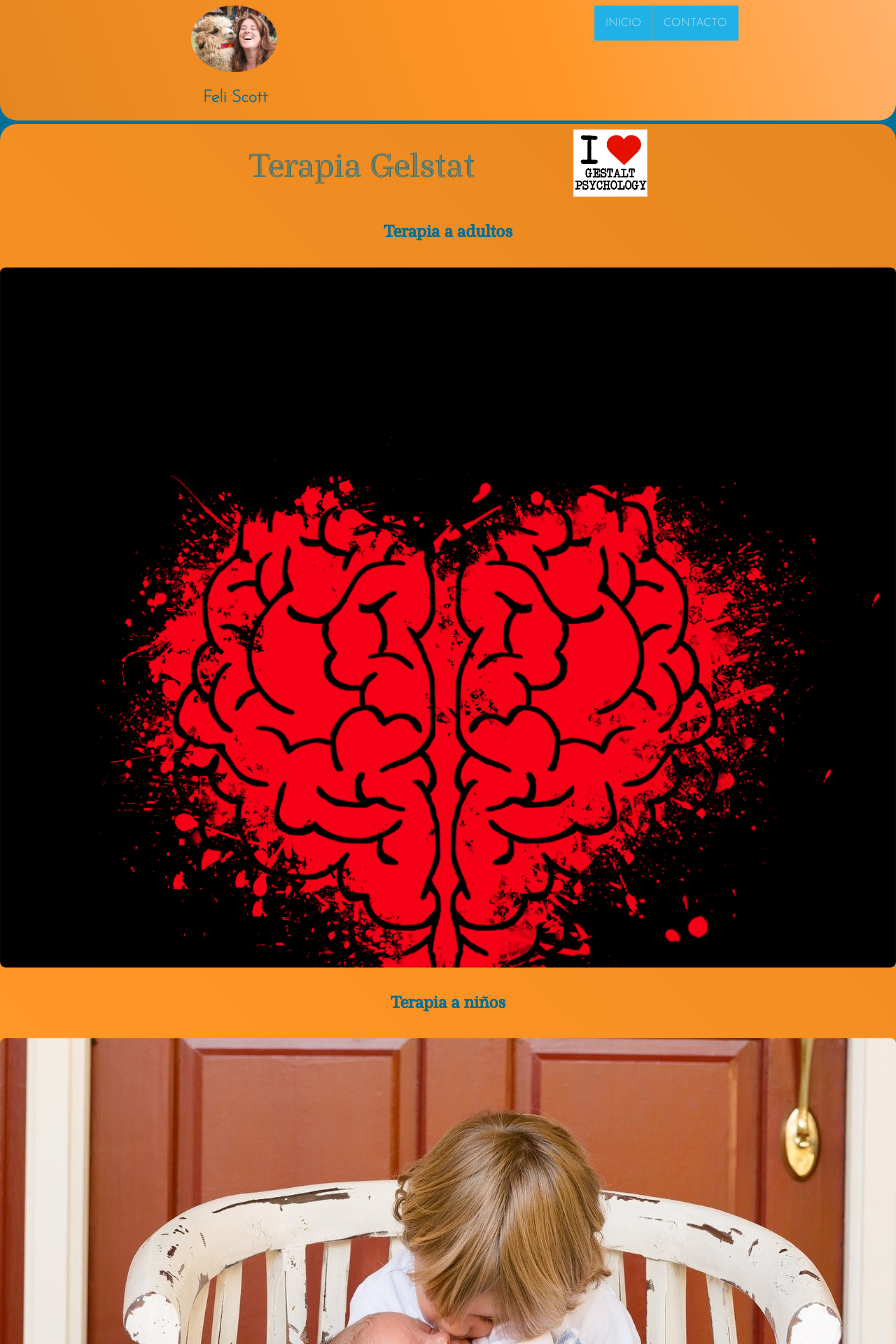
Repository: Jogalso/webPsicologa
Page: /
An editor plug-in stored every save of this project. The page is shown before and after the next save, followed by the edit.
The browser window is 1280 px wide. The pictures show the part of the page from y = 0 to 1920 px (the page is 5404 px tall), at 70% of full size.
Backgrounds fixed to the window are drawn as part of the page. The project was rebuilt for these pictures with package versions that can differ from the ones it lists, and the page was loaded fresh each time. Some packages were replaced by stand-ins written for this rebuild. The framework's server and built-in components were replaced by stand-ins that run in the browser.

Above is the page before, as saved 2021-07-14 13:24:01.

### pages/index.js
import React from 'react'
import Layout from '../components/Layout'

import Header from '../components/Header'
import Terapias from '../components/Terapias'
import FormularioContacto from '../components/FormularioContacto'
import Footer from '../components/Footer'

export default function index() {
    return (
        <div>
            <Layout>
                <Header />
                <Terapias />
                <FormularioContacto />
                <Footer />
            </Layout>
        </div>
    )
}

### components/Layout.jsx
('use strict')
import Link from 'next/link';
import Head from 'next/head';
import React from 'react'

function Layout(props) {
    const {children, title} = props;
    return <div>
    <Head >
    <title>Terapia Gestalt: {title}</title>
        <meta name="viewport" content="width=device-width, initial-scale=1"></meta>
    </Head>
    {children}

    <style jsx global>
    {`
        html{
            background: #007099;
        }
    `
    //colores en naranja #FF9524, #FFA13D, #FA9223, #007FAD, #23C1FA
    }
    </style>
    <style jsx global>
        { `
           @import url('https://fonts.googleapis.com/css2?family=Josefin+Sans:wght@200&display=swap');
           body{
               max-width; 100%;
               width: 100%;
               margin: 0px;
               font-family:  'Josefin Sans', sans-serif;
           }
           @font-face {
               font-family: 'RymanEco';
               src: url('/fonts/RymanEco/RymanEco-Regular.otf');
           }
        `}
    </style>
</div>
}

export default Layout

### components/Header.jsx

import Link from 'next/link';
export default function Header() {

    return (
        <div>
            <div className="Header">
                <div className="InfoTerapetua">
                    <img className="InfoTerapetua__img" src="../imagenes/principal.png" />
                    <h2>Feli Scott</h2>
                </div>
                <div className="botones">
                    <Link href="/">
                        <a>
                            Inicio
                        </a>
                    </Link>
                    <Link href="/contacto">
                        <a>
                            Contacto
                        </a>
                    </Link>
                </div>
            </div>

            <style>
                {`
                    .Header{
                        background: linear-gradient(70deg,#E68620 0, #FF9524 60%, #FFB26B);
                        border-bottom-right-radius: 1.5em;
                        border-bottom-left-radius: 1.5em;
                        margin-bottom: 0.3em;
                        display: flex;
                        justify-content: space-around;
                    }
                    .InfoTerapetua{
                        color: #007099;
                        padding-top: 0.5em;
                        margin-left: 3em;
                        text-align: center;
                    }
                    .InfoTerapetua__img{
                        height: 6em;
                        width: auto;
                    }
                    .botones{
                        margin-top: 0.5em;

                    }
                    .botones a{
                        color: white;
                        border-color: #007099;
                        background-color: #20B1E6;
                        display: inline-block;
                        text-transform: uppercase;
                        padding: 0.8em 1em;
                        text-decoration: none;
                        line-height: 1.5em;
                    }
                `}
            </style>
        </div>
    )
}

### components/Terapias.jsx
import React from 'react'

export default function Terapias() {
    return (
        <div>
            <div className="Terapias">
                <div className="Terapia__titulo">
                    <span className="titulo">Terapia Gelstat</span>
                    <p></p>
                    <img className="Terapias__img" src="../imagenes/ILoveGestalt.png"/>
                </div>
                <div className="Terapia_modalidades">
                    <h2>Terapia a adultos</h2>
                    <div className="TerapiaPersonal"></div>

                    <h2>Terapia a niños</h2>
                    <div className="TerapiaNiños"></div>

                    <h2>Terapia a adolescentes</h2>
                    <div className="TerapiaAdolescentes"></div>

                    <h2>Terapia familiar</h2>
                    <div className="TerapiaFamiliar"></div>
                </div>
            </div>

            <style>
                {`
                    .Terapias{
                        background: linear-gradient(45deg, #FFB26B 0, #FF9524 60%, #E68620);
                        border-top-right-radius: 1.5em;
                        border-top-left-radius: 1.5em;
                        text-align: center;
                        font-family: 'RymanEco';
                        color: #007099;
                    }
                    .titulo{
                        padding-top: 0.5em;
                        margin-top: 0px;
                        font-size: 3em;
                    }
                    .Terapia_modalidades h2{
                        margin-top: 1.5em;
                        margin-bottom: 1.5em;
                    }
                    .Terapias__img{
                        height: 6em;
                        width: auto;
                    }
                    .Terapia_modalidades{
                        width: 100%;
                    }
                    .Terapia__titulo{
                        margin-left: auto;
                        margin-right: auto;
                        padding-top: 0.5em;
                        max-width: 50%;
                        display: flex;
                        justify-content: space-around;
                    }
                    .TerapiaPersonal{
                        min-height: 1000px;
                        background-image: url("../imagenes/heart_1920.png");
                        background-repeat: no-repeat;
                        background-size: cover;
                        background-attachment: fixed;
                        background-position: right center;
                        margin-bottom 2em;
                        border-radius: 0.5em;
                    }
                    .TerapiaNiños{
                        min-height: 1000px;
                        background-image: url("../imagenes/niños_1280.jpg");
                        background-repeat: no-repeat;
                        background-size: cover;
                        background-attachment: fixed;
                        background-position: right center;
                        border-radius: 0.5em;
                    }
                    .TerapiaAdolescentes{
                        min-height: 1000px;
                        background-image: url("../imagenes/jovenes_1280.jpg");
                        background-repeat: no-repeat;
                        background-size: cover;
                        background-attachment: fixed;
                        background-position: right center;
                        border-radius: 0.5em;
                    }
                    .TerapiaFamiliar{
                        min-height: 1000px;
                        background-image: url("../imagenes/familias_1280.jpg");
                        background-repeat: no-repeat;
                        background-size: cover;
                        background-attachment: fixed;
                        background-position: right center;
                        border-radius: 0.5em;
                    }

                `}
            </style>
        </div>
    )
}

### components/Footer.jsx
import Link from 'next/link'

export default function Footer() {
    return (
        <div>
            <div className="Footer">
                <Link href="/terms">
                    <a target="_blank">
                        Terminos
                    </a>
                </Link>
                <Link href="/privacy">
                    <a target="_blank">
                        Politica privacidad
                    </a>
                </Link>
                <Link href="/about">
                    <a target="_blank">
                        About
                    </a>
                </Link>
            </div>

            <style>
                {`
                    .Footer{
                        background: linear-gradient(70deg, #FFB26B 0, #FF9524 60%, #E68620);
                        display: flex;
                        justify-content: space-around;
                        border-top-right-radius: 1.5em;
                        border-top-left-radius: 1.5em;
                        padding-top: 0.5em;
                        margin-top: 0.3em;
                    }
                    .Footer a{
                        border-radius: 2px;
                        color: white;
                        background-color: #20B1E6;
                        display: inline-block;
                        text-transform: uppercase;
                        padding: 0.8em 1em;
                        text-decoration: none;
                        line-height: 1.5em;
                    }
                `}
            </style>
        </div>
    )
}

Loaded but not shown: hooks/useField.js (12 lines, source omitted); components/FormularioContacto.jsx (324 lines, source omitted)

After the next save:
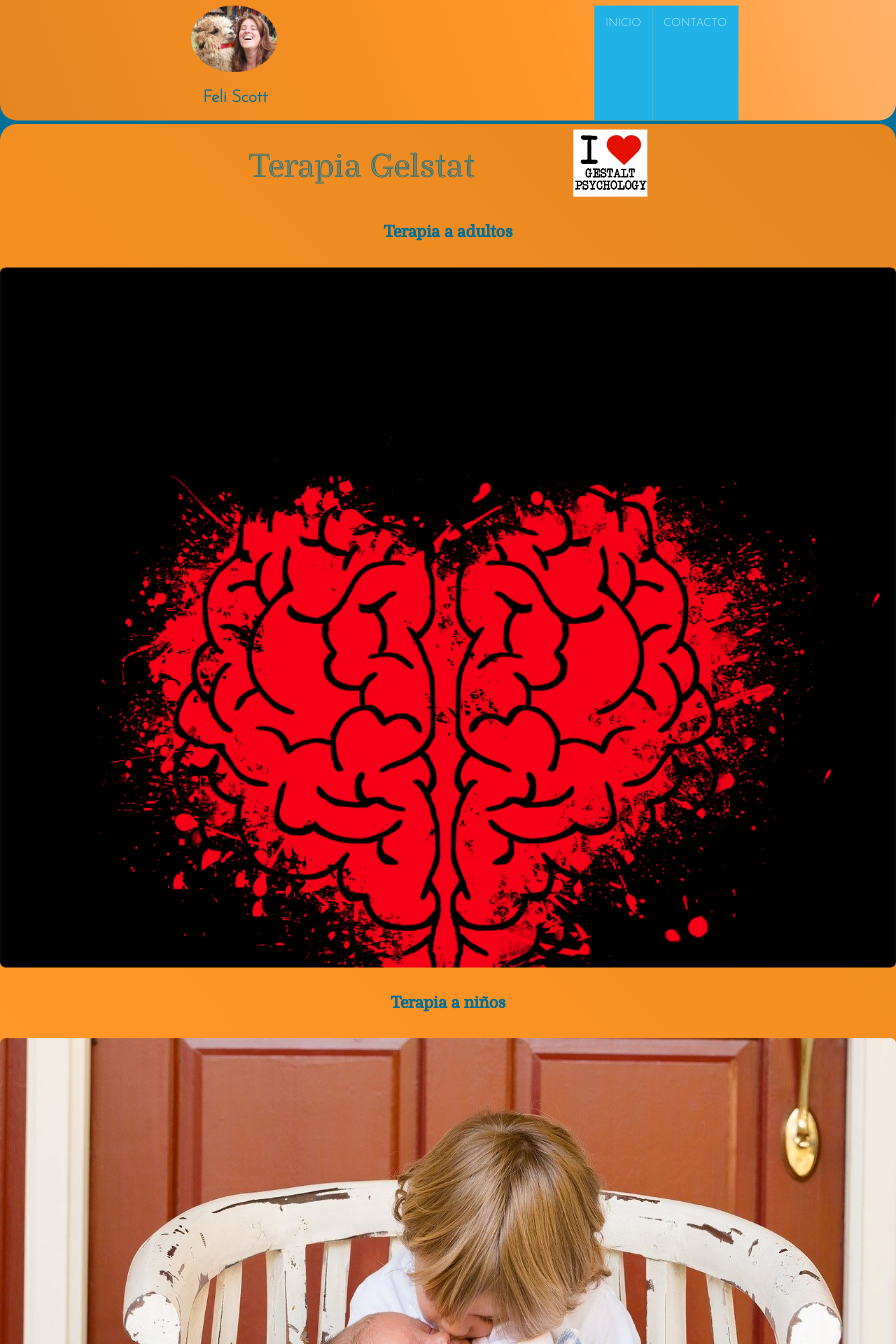
Saved 111 s later.
--- a/components/Header.jsx
+++ b/components/Header.jsx
@@ -45,7 +45,8 @@ export default function Header() {
                     }
                     .botones{
                         margin-top: 0.5em;
-
+                        display: flex;
+                        justify-content: space-around;
                     }
                     .botones a{
                         color: white;
